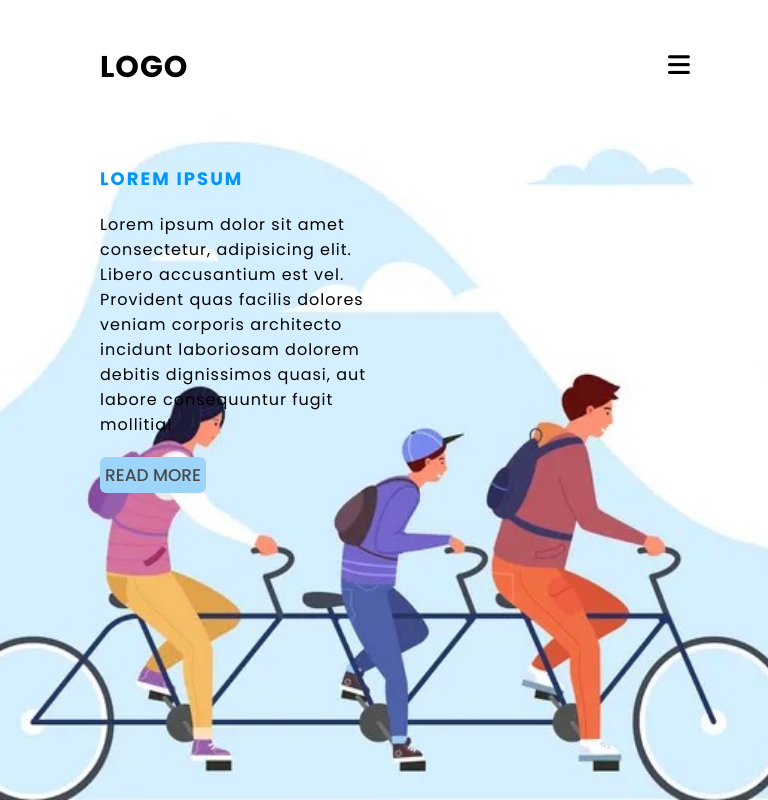
Repository: nganha241/1806
Page: index.html
These files come from the project's save history. The page is drawn as it stood at one moment and after a run of saves; the edit follows.
The browser window is 768 px wide. The pictures show the whole page.
Some web libraries are served in a nearby version.

Above is the page before, as saved 2022-06-18 16:45:15.

### index.html
<!DOCTYPE html>
<html lang="en">
  <head>
    <meta charset="UTF-8" />
    <meta http-equiv="X-UA-Compatible" content="IE=edge" />
    <meta name="viewport" content="width=device-width, initial-scale=1.0" />
    <title>Document</title>
    <link rel="stylesheet" href="style.css" />
    <script
      src="https://kit.fontawesome.com/ae971d7ee0.js"
      crossorigin="anonymous"
    ></script>
  </head>
  <body>
    <section>
      <input type="checkbox" id="check" />
      <header>
        <div class="logo">
          <h2>Logo</h2>
        </div>

        <div class="navigation">
          <a href="#">Home</a>
          <a href="#">News</a>
          <a href="#">Contact</a>
          <a href="#">About us</a>
        </div>
        <label for="check">
          <i class="fas fa-bars menu-btn"></i>
          <i class="fa fa-times close-btn"></i>
        </label>
      </header>
      <div class="content">
        <h1 class="title">LOREM IPSUM</h1>
        <p class="text">
          Lorem ipsum dolor sit amet consectetur, adipisicing elit. Libero
          accusantium est vel. Provident quas facilis dolores veniam corporis
          architecto incidunt laboriosam dolorem debitis dignissimos quasi, aut
          labore consequuntur fugit mollitia!
        </p>
        <button class="btn-more">READ MORE</button>
      </div>
    </section>
  </body>
</html>

### style.css
@import url('https://fonts.googleapis.com/css2?family=Poppins:wght@300;400;500;600;700;800;900&display=swap');

* {
    box-sizing: border-box;
    padding: 0;
    margin: 0;
    font-family: 'Poppins', sans-serif;
}

a {
    text-decoration: none;
}

section {
    width: 100%;
    min-height: 100vh;
    display: flex;
    flex-direction: column;
    justify-content: flex-start;
    background: url('./bg.jpg');
    background-size: cover;
    background-position: center;
}

section header {
    position: relative;
    top: 0;
    width: 100%;
    padding: 30px 100px;
    display: flex;
    justify-content: space-between;
    align-items: center;
}

.logo {
    position: relative;
    font-size: 28px;
    letter-spacing: 1px;
    cursor: pointer;
    text-transform: uppercase;
}

.navigation a{
   letter-spacing: 2px;
   background: none;
   padding: 5px 8px;
   text-transform: uppercase;
   font-weight: 500;
   border-radius: 20px;
   color: #111;
   transition: 0.4s;
    transition-property: background;
}

.navigation a:not(:last-child) {
    margin-right: 30px;
}

.navigation a:hover {
    color: #fff;
    background: rgb(102, 167, 252);
    transition: 0.4s;
}

.content {
    margin: 60px 100px;
    width: 40%;
}

.title {
    margin-bottom: 20px;
    text-transform: uppercase;
    font-weight: 700;
    font-size: 55px;
    color: #0296FC;
    letter-spacing: 2px;
}

.text {
    margin-bottom: 20px;
    letter-spacing: 1px;
}

.btn-more {
    background: #9DD4FA;
    border: none;
    border-radius: 6px;
    padding: 5px;
    font-size: 17px;
    cursor: pointer;
    font-weight: 500;
    color: rgb(73, 74, 72);
    transition: 0.4s;
    transition-property: transform;
}

.btn-more:hover {
    transform: scale(1.1);
}

label {
    display: none;
}



#check {
    display: none;
}



@media (max-width: 960px) {
    header .navigation {
        display: none;
    }
    label {
        display: block;
        cursor: pointer;
        font-size: 25px;
    }

    label .close-btn {
        display: none;
    }

    #check:checked ~ header .navigation {
        z-index: 2;
        position: fixed;
        top: 0;
        bottom: 0;
        left: 0;
        right: 0;
        background: rgba(144, 233, 255, 0.9);
        display: flex;
        flex-direction: column;
        justify-content: center;
        align-items: center;
    }

    #check:checked ~ header .navigation a {
        margin-bottom: 50px;
        font-weight: 700;
        align-items: center;
    }

    #check:checked ~ header label .menu-btn {
        display: none;
    }

    #check:checked ~ header label .close-btn {
        z-index: 2;
        display: block;
        position: fixed;
    }

    label .menu-btn {
        position: absolute;
    }

    header .logo {
        /* position: absolute; */
        bottom: -15px;
        font-size: 20px;
    }

    .content .title{
        font-size: 18px;
    }
}

After the next 3 saves:
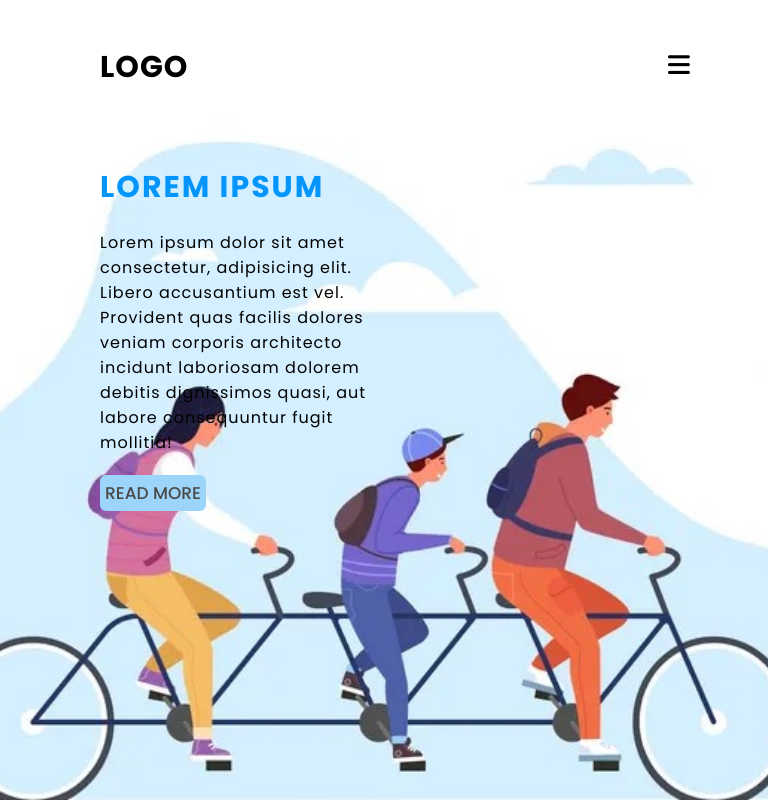
The 3 saves are shown as one change because they came seconds apart.
The last was saved 13 s later.
--- a/style.css
+++ b/style.css
@@ -165,6 +165,6 @@ label {
     }
 
     .content .title{
-        font-size: 18px;
+        font-size: 30px;
     }
 }
